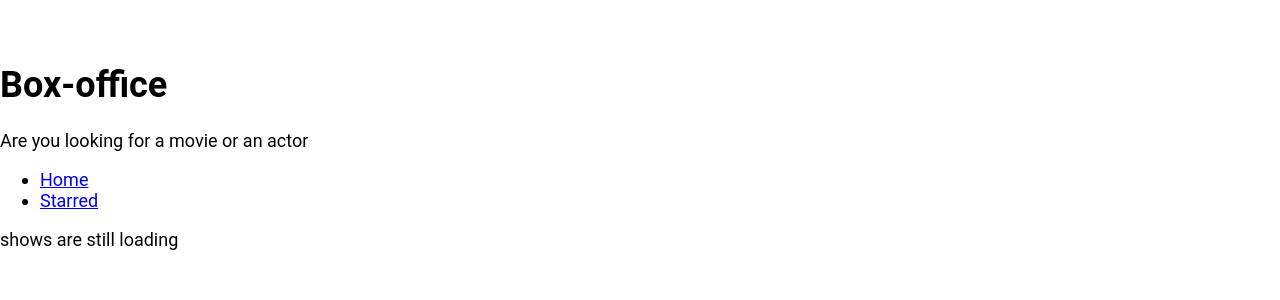
Repository: shivani5634/box-office
Page: /starred
An editor plug-in stored every save of this project. The page is shown before and after the next save, followed by the edit.
The browser window is 1280 px wide. The pictures show the whole page.
The project was rebuilt for these pictures with package versions that can differ from the ones it lists, and the page was loaded fresh each time. A package was used in the major version that the imports need, not the one package.json lists. Also part of the build but not shown: src/components/show/Cast.styled.js, src/components/show/Cast.js, src/components/show/Detailed.styled.js, src/components/show/Details.js, src/components/show/Seasons.styled.js, src/components/show/Seasons.js, src/components/styled.js, src/components/show/ShowMainData.styled.js and 3 more. Imported but missing from the stored project, and not drawn on this page: src/pages/Home.

Above is the page before, as saved 2021-07-29 15:08:20.

After the next save:
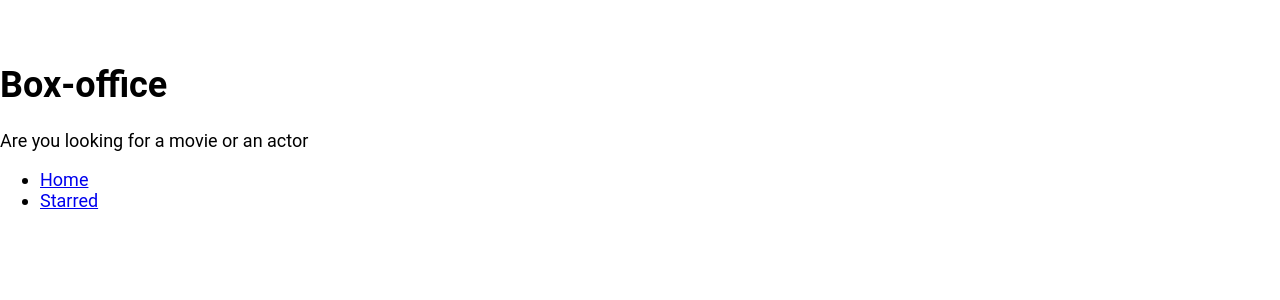
Saved 107 s later.
--- a/src/pages/Starred.js
+++ b/src/pages/Starred.js
@@ -28,8 +28,9 @@ const Starred = () => {
 
   return (
     <MainPageLayout>
-      {setIsLoading && <div>shows are still loading</div>}
+      {isLoading && <div>shows are still loading</div>}
       {error && <div>Error occured:{error}</div>}
+      {!isLoading}
     </MainPageLayout>
   );
 };
